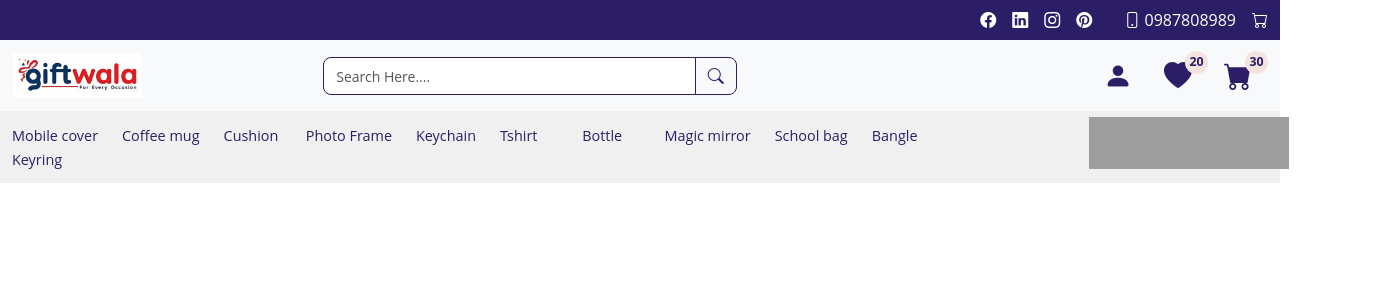
Repository: mangalravi/GiftWala
Page: index.html
An editor plug-in stored every save of this project. The page is shown before and after the next save, followed by the edit.
The browser window is 1280 px wide. The page is 1289 px wide, then 1394 px, so the pictures cover 1394 px, including what lies to the right of the window. The pictures show the whole page.
Pictures or frames that could not be fetched are drawn as grey boxes. The style sheet was rebuilt from its Sass, Less or Tailwind sources for each picture, by a compiler version that may differ from the author's.

Above is the page before, as saved 2024-07-07 17:32:57.

After the next save:
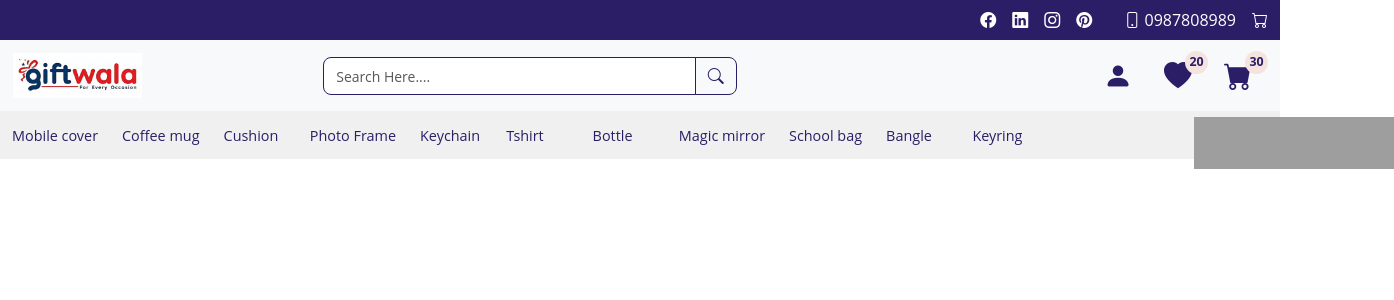
Saved 14 s later.
--- a/index.html
+++ b/index.html
@@ -187,7 +187,7 @@
         <div class="container-fluid">
           <div class="btmhdrnv">
             <div class="row w-100">
-              <div class="col-sm-9">
+              <div class="col-sm-10">
                 <div class="row align-items-center">
                   <div class="col"><a href="#">Mobile cover</a></div>
                   <div class="col"><a href="#">Coffee mug</a></div>
@@ -202,7 +202,7 @@
                   <div class="col"><a href="#">Keyring</a></div>
                 </div>
               </div>
-              <div class="col-sm-3">
+              <div class="col-sm-2">
                 <div class="position-relative">
                   <a class="adbHeaderLink" href="#">
                     <div class="left bg-express_delivery_1"></div>
